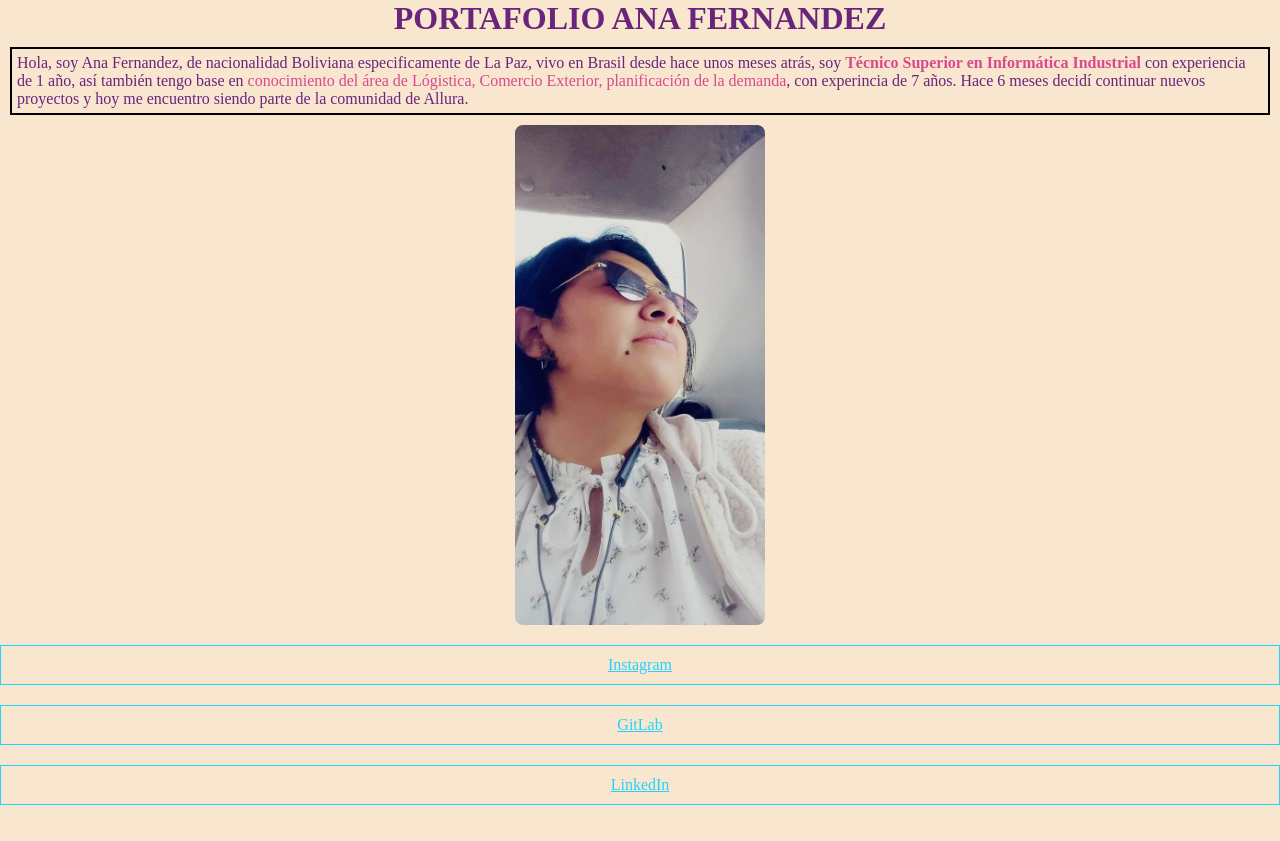
Repository: AnaFzCz/PROYECTOS-HTML---CSS2
Page: Portafolio/index.html
An editor plug-in stored every save of this project. The page is shown before and after the next save, followed by the edit.
The browser window is 1280 px wide. The pictures show the whole page.

Above is the page before, as saved 2025-01-24 07:36:14.

After the next save:
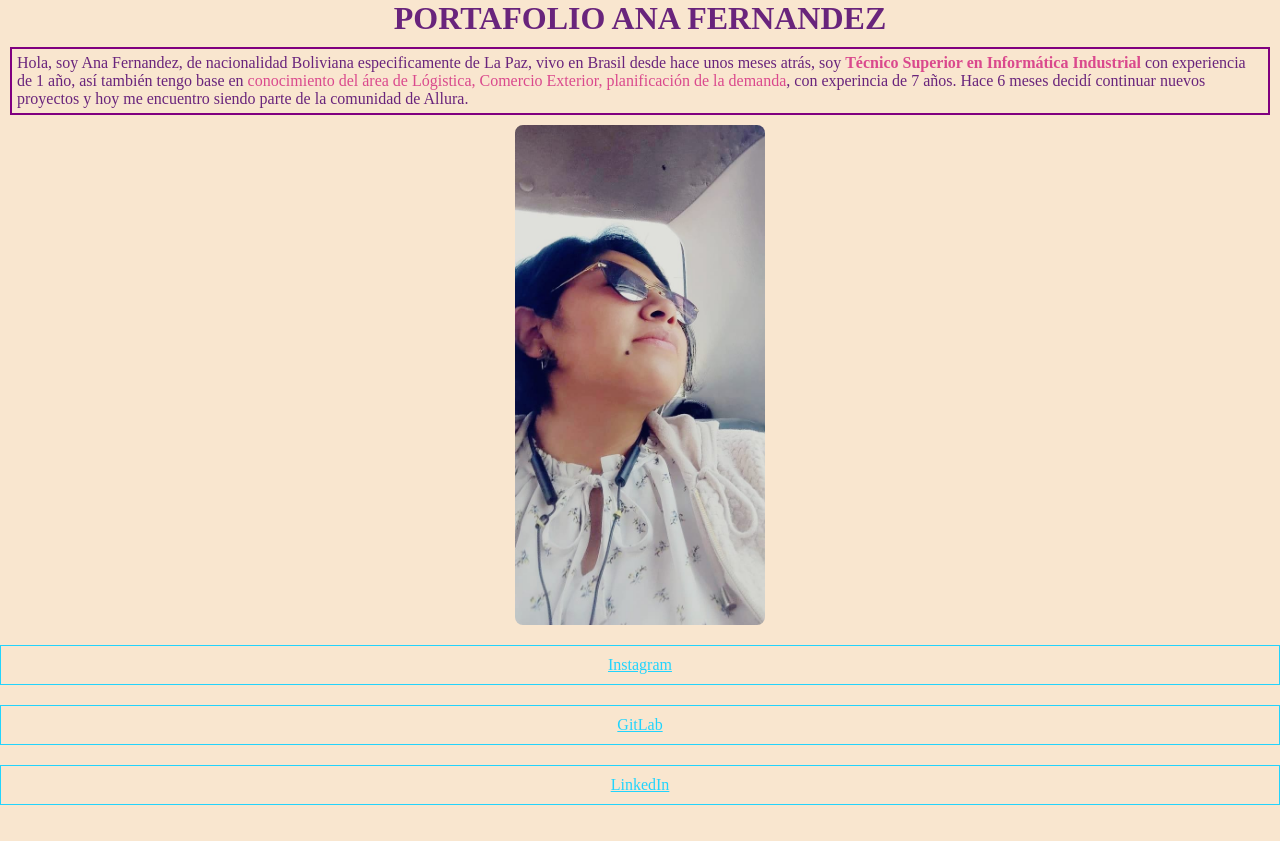
Saved 98 s later.
--- a/Portafolio/style.css
+++ b/Portafolio/style.css
@@ -12,7 +12,7 @@ body{
 
 p {
   margin: 10px;
-  border: 2px solid black;
+  border: 2px solid purple;
   padding: 5px;
 }
 
